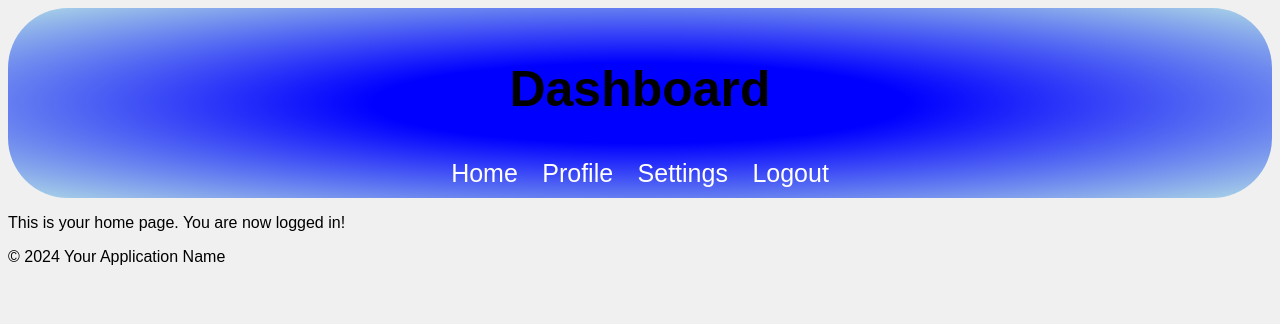
Repository: SriramulaNamithaReddy/Internship_projects
Page: http://localhost/home
The author's editor kept a copy of each file at every save. The page is drawn from the files as they stood at one save, then again after the next save.
The browser window is 1280 px wide. The pictures show the whole page.
The page is this project's Thymeleaf template; nobody is signed in. The template is opened directly, without the code that normally fills it, so the values that code supplies are empty.

Above is the page before, as saved 2024-10-12 07:15:14.

### SecureUserAuthentication/src/main/resources/templates/home.html
<!DOCTYPE html>
<html xmlns:th="http://www.thymeleaf.org">
<head>
    <meta charset="UTF-8">
    <title>Home Page</title>
    <style>
        body { font-family: Arial, sans-serif; background-color: #f0f0f0; }
        .container { width: 400px; margin: 100px auto; padding: 20px; background: white; border-radius: 8px; text-align: center; box-shadow: 0 0 10px rgba(0, 0, 0, 0.1); }
        button { padding: 10px 20px; background: #4CAF50; color: white; border: none; cursor: pointer; }
        button:hover { background: #45a049; }
        a { text-decoration: none; color: rgb(255, 255, 255); }
        a:hover { text-decoration: underline; }
        .navbar{
			text-align: center;
			background:radial-gradient(rgb(0, 0, 255) 30%,lightblue);
	        border-radius:60px;
	        padding:10px;
		}
		h2{
			font-size:50px ;
		}
		.navlink{
			text-decoration: none;
			padding: 0px 10px 0px 10px;
			font-size: 25px;
		}
    </style>
</head>
<body>


    <nav>
		<div class="navbar">
			<h2>Dashboard</h2>
            <a class="navlink" th:href="@{/home}">Home</a>
            <a class="navlink" th:href="@{/profile}">Profile</a>
            <a class="navlink" th:href="@{/settings}">Settings</a>
            <a class="navlink" th:href="@{/logout}">Logout</a>
        </div>
    </nav>

    <main>

        <p>This is your home page. You are now logged in!</p>
    </main>

    <footer>
        <p>&copy; 2024 Your Application Name</p>
    </footer>
</body>
</html>

After the next save:
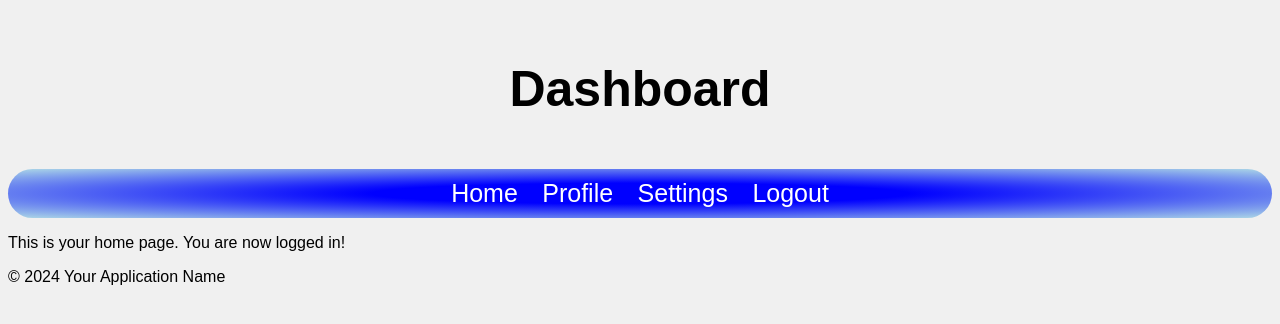
Saved 4 min 3 s later.
--- a/SecureUserAuthentication/src/main/resources/templates/home.html
+++ b/SecureUserAuthentication/src/main/resources/templates/home.html
@@ -16,6 +16,12 @@
 	        border-radius:60px;
 	        padding:10px;
 		}
+		.dashboard{
+			text-align: center;
+			padding: 10px;
+			border-radius: 60px;
+
+		}
 		h2{
 			font-size:50px ;
 		}
@@ -30,8 +36,10 @@
 
 
     <nav>
+		<div class="dashboard">
+			<h2>Dashboard</h2>
+		</div>
 		<div class="navbar">
-			<h2>Dashboard</h2>
             <a class="navlink" th:href="@{/home}">Home</a>
             <a class="navlink" th:href="@{/profile}">Profile</a>
             <a class="navlink" th:href="@{/settings}">Settings</a>
